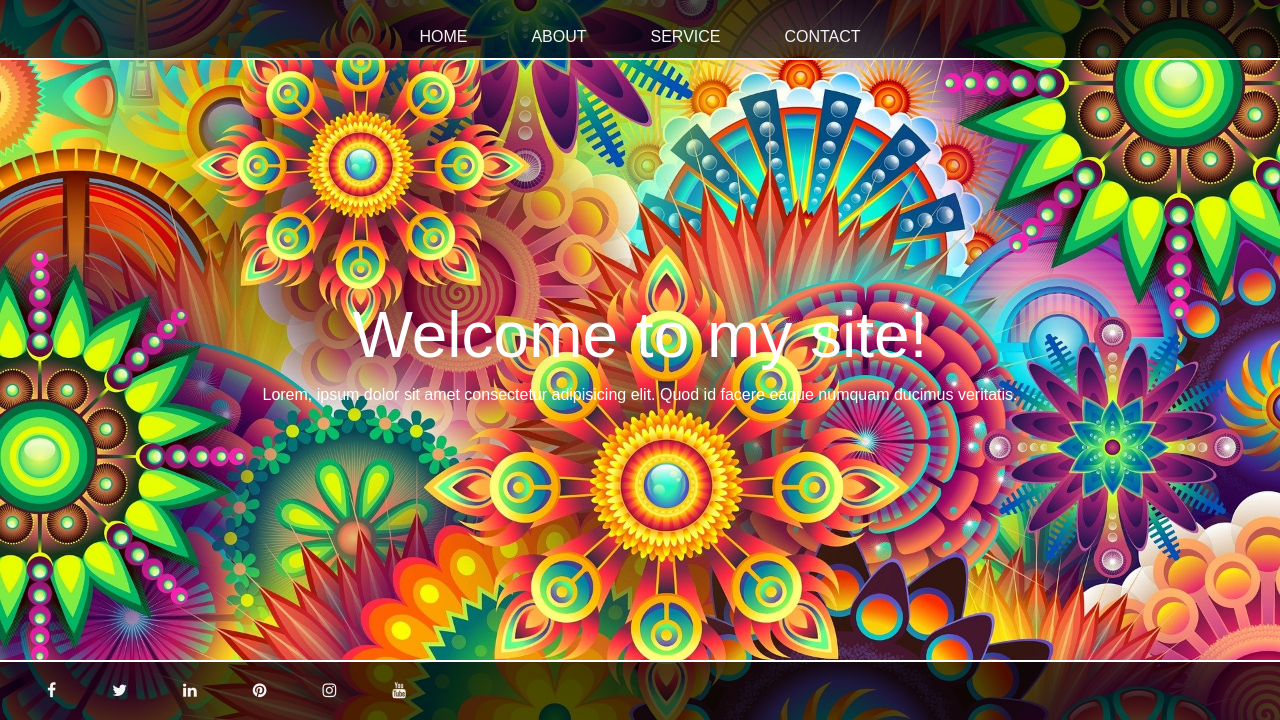
Repository: lemon-squeezy/milestone-project-1
Page: index.html
The author's editor kept a record of every edit. The page is drawn from the files as they stood at one moment, then again after the next edit.
The browser window is 1280 px wide. The pictures show the whole page.
An inner scrolling area shows only its first screen. Some web libraries are served in a nearby version.

Above is the page before.

### index.html
<!DOCTYPE html>
<html lang="en">
<head>
    <meta charset="UTF-8">
    <meta name="viewport" content="width=device-width, initial-scale=1.0">
    <title>Smooth Scroll Landing Page</title>
        <link rel="stylesheet" href="https://maxcdn.bootstrapcdn.com/bootstrap/4.2.1/css/bootstrap.min.css" type="text/css" />
    <link rel="stylesheet" href="https://maxcdn.bootstrapcdn.com/font-awesome/4.7.0/css/font-awesome.min.css" type="text/css" />
    <link rel="stylesheet" href="https://cdnjs.cloudflare.com/ajax/libs/hover.css/2.1.1/css/hover-min.css" type="text/css" />
    <link rel="stylesheet" href="style.css">
</head>
<body>
    <div class="row container-fluid no-gutters">
        <nav class="navbar col-12">
            <ul>
                <li><a href="#home">Home</a></li>
                <li><a href="#about">About</a></li>
                <li><a href="#service">Service</a></li>
                <li><a href="#contact">Contact</a></li>
            </ul>
        </nav>
        <section id="home"class="row no-gutters">
            <h1>Welcome to my site!</h1>
            <p>Lorem, ipsum dolor sit amet consectetur adipisicing elit. Quod id facere eaque numquam ducimus veritatis.</p>
        </section>
        <section id="about"class="row no-gutters">
            <h1>About!</h1>
            <p>Lorem, ipsum dolor sit amet consectetur adipisicing elit. Quod id facere eaque numquam ducimus veritatis.</p>
        </section>
        <section id="service"class="row no-gutters">
            <h1>Service</h1>
            <p>Lorem, ipsum dolor sit amet consectetur adipisicing elit. Quod id facere eaque numquam ducimus veritatis.</p>
        </section>
        <section id="contact"class="row no-gutters">
            <h1>Contact</h1>
            <p>Lorem, ipsum dolor sit amet consectetur adipisicing elit. Quod id facere eaque numquam ducimus veritatis.</p>
        </section>
        <footer class="footer">
            <div class="footerbar col-12">
            <ul class="list-inline social-links">
                    <li class="list-inline-item">
                        <a target="_blank" href="#">
                            <i class="fa fa-facebook" aria-hidden="true"></i>
                            <span class="sr-only">Facebook</span>
                        </a>
                    </li>
                    <li class="list-inline-item">
                        <a target="_blank" href="#">
                            <i class="fa fa-twitter" aria-hidden="true"></i>
                            <span class="sr-only">Twitter</span>
                        </a>
                    </li>
                    <li class="list-inline-item">
                        <a target="_blank" href="#">
                            <i class="fa fa-linkedin" aria-hidden="true"></i>
                            <span class="sr-only">LinkedIn</span>
                        </a>
                    </li>
                    <li class="list-inline-item">
                        <a target="_blank" href="#">
                            <i class="fa fa-pinterest" aria-hidden="true"></i>
                            <span class="sr-only">Pinterest</span>
                        </a>
                    </li>
                    <li class="list-inline-item">
                        <a target="_blank" href="#">
                            <i class="fa fa-instagram" aria-hidden="true"></i>
                            <span class="sr-only">Instagram</span>
                        </a>
                    </li>
                    <li class="list-inline-item">
                        <a target="_blank" href="#">
                            <i class="fa fa-youtube" aria-hidden="true"></i>
                            <span class="sr-only">YouTube</span>
                        </a>
                    </li>
                </ul>
        </nav>
        </footer>
    </div>

</body>
</html>

### style.css
* {
    margin: 0;
    padding: 0;
  }

  body {
    font-family: Arial, Helvetica, sans-serif;
    background: #333;
    color: #fff;
    height: 100vh;
    line-height: 1.6;
    overflow: hidden;
    margin: 0;
  }

  .container-fluid {
    width: 100%;
    height: 100%;
    /* CSS Smooth Scroll */
    overflow-y: scroll;
    scroll-behavior: smooth;
    scroll-snap-type: y mandatory;
    margin: 0;
    padding: 0;
  }

  .lead {
    font-size: 1.5rem;
  }
  .navbar {
    position: fixed;
    top: 0;
    z-index: 1;
    display: flex;
    width: 100%;
    height: 60px;
    background: rgba(0,0,0,0.7);
    border-bottom: 2px solid #FFF;
  }
  .navbar-brand {
    top: 0;
    left:0;
    position: relative;
    background: url(images/Logo.jpg);
    width: 47px;
    background-size: contain;
    background-repeat: no-repeat;
    border-radius: 5px;
}

  .navbar ul {
    display: flex;
    list-style: none;
    width: 100%;
    justify-content: center;
  }

  .navbar ul li {
    margin: 0 1rem;
    padding: 1rem;
  }

  .navbar ul li a {
    text-decoration: none;
    text-transform: uppercase;
    color: #f4f4f4;
  }

  .navbar ul li a:hover {
    color: skyblue;
  }

  section {
    display: flex;
    flex-direction: column;
    align-items: center;
    justify-content: center;
    text-align: center;
    width: 100%;
    height: 100vh;

    /* Scroll Snap */
    scroll-snap-align: center;
  }

  section h1 {
    font-size: 4rem;
  }

  /* Section Images */
  section#home {
    background: url('images/psychedelic.jpg') no-repeat center center/cover;;
  }

  section#about {
    background: url('images/colour-bg1.jpg') no-repeat center center/cover;;
  }

  section#service {
    background: url('images/colour-bg2.jpg') no-repeat center center/cover;;
  }

  section#contact {
    background: url('https://source.unsplash.com/2aAHlfDOhJM/1600x900') no-repeat center center/cover;;
  }

  footer {
    position: fixed;
    bottom: 0;
    z-index: 1;
    display: flex;
    width: 100%;
    height: 60px;
    background: rgba(0,0,0,0.7);
    border-top: 2px solid #FFF;
  }

    .footerbar ul {
    display: flex;
    list-style: none;
    width: 100%;
  }

  .footerbar ul li {
    margin: 0 1rem;
    padding: 1rem;
  }

  .footerbar ul li a {
    text-decoration: none;
    text-transform: uppercase;
    color: #f4f4f4;
  }

  .footerbar ul li a:hover {
    color: skyblue;
  }

After the next edit:
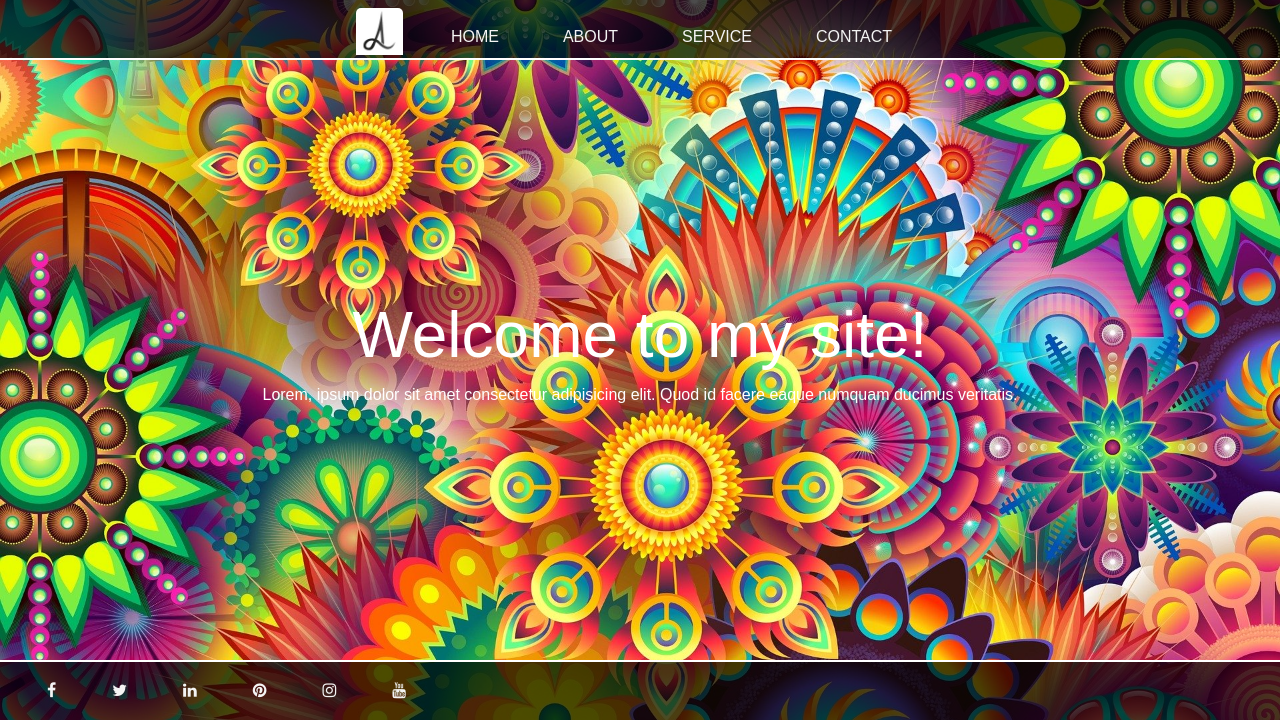
The edit:
--- a/index.html
+++ b/index.html
@@ -11,8 +11,9 @@
 </head>
 <body>
     <div class="row container-fluid no-gutters">
-        <nav class="navbar col-12">
+        <nav class="navbar">
             <ul>
+                <div class="navbar-brand"><a href="#home"></a></div>
                 <li><a href="#home">Home</a></li>
                 <li><a href="#about">About</a></li>
                 <li><a href="#service">Service</a></li>
